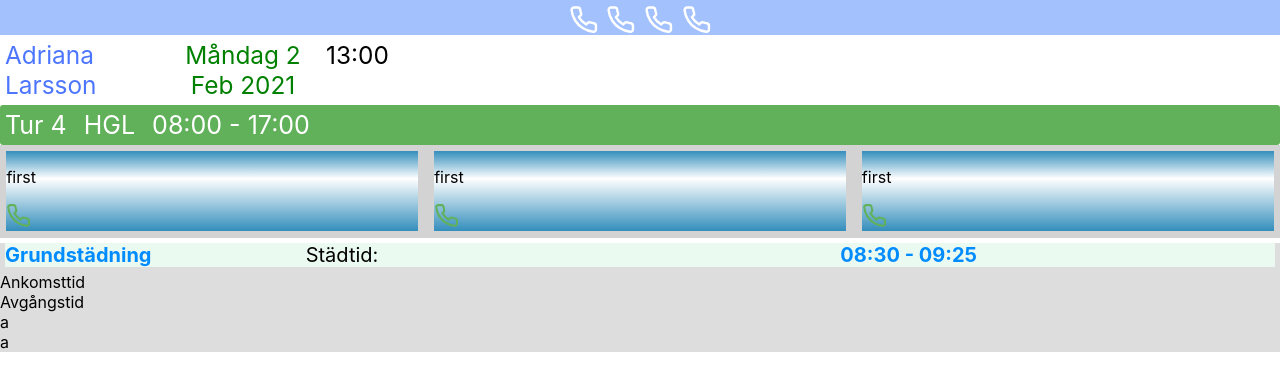
Repository: AdrianaLarsson/learning-react-adriana
Page: /
An editor plug-in stored every save of this project. The page is shown before and after a run of saves, followed by the edit.
The browser window is 1280 px wide. The pictures show the whole page.
The project was rebuilt for these pictures with package versions that can differ from the ones it lists, and the page was loaded fresh each time. Also part of the build but not shown: src/components/pixiLearn/pixi-learning.js, src/components/pixiLearn/reactTimline/timelinegant.js.

Above is the page before, as saved 2021-02-18 09:55:33.

### src/App.js
import './App.css';
import PixiLearning from './components/pixiLearn/pixi-learning'
import TimeLineGant from './components/pixiLearn/reactTimline/timelinegant'
import SjWaypoint from './components/pixiLearn/waypoint-mobile/sjwaypiont'

function App() {
  return (
    <div className="App">
      <header className="App-header">
       {/*  <TimeLineGant/> */}

           {/*   <PixiLearning/> */}
           <SjWaypoint/>
      </header>
    </div>
  );
}

export default App;

### src/App.css


.navbar {
  background-color: #a2c1fd;
  height: 30px;
  padding-top: 5px;
  display: flex;
  flex-direction: column;
  align-items: center;
  font-size: calc(15px + 2vmin);
  color: white;
}
.box{
  background-color: #ffffff;
  height: 30px;
  padding-top: 5px;
  display: flex;
  flex-direction: column;
  align-items: center;
  font-size: calc(10px + 2vmin);
  color: rgb(0, 0, 0);
  display: inline;
  flex-direction: row;
}
.name{
  margin: 5px;
  text-align: start;
  display: inline-flex;
  color: rgb(77, 118, 255);
  width: 150px;
}
.date{
  padding: 3px;
  text-align: center;
  display: inline-flex;
  color: green;
  width: 160px;
}
.time{
  text-align: end;
  display: inline-flex;
  color: black;
  width: 85px;
}
.nameonteam{
  display: inline;
  margin: 5px;
}

.teamname{
background-color: #61b15a;
color: white;
font-size: 25px;
border-radius: 3px;
}
.workposition{
  display: inline-flex;
  text-align: center;
  margin: 5px;

}
.timeteam{
  display: inline;
  margin: 5px;
  text-align: end;
}

.phone{
color: #61b15a;
  font-size: 25px;
}

.traininfo{
  background-color: rgb(221, 221, 221);
}
.activity{
  display: flex;
  border-width: 10ch;
  border-color: #61b15a;
  font-size: 20px;
  margin: 5px;
  color: rgb(0, 140, 255);
  background-color: rgb(235, 250, 240);

}

.activityname{
  text-align: start;
  font-weight: bold;
}
.cleantime{
  display: inline-block;
  width: 30%;
  text-align: center;
  color: black;
}
.cleantimestartend{
  display: inline-block;
  width: 35%;
  text-align: end;
  color: rgb(0, 140, 255);
  font-weight: bold;
}
.arrivaltime{
  display: inline-block;
  width: 48%;
  margin-left: 5px;
  text-align: start;
  color: rgb(38, 98, 148);
  font-weight: bold;
  font-size: 18px;

}
.departuretime{
  display: inline-block;
  width: 48%;
  text-align: end;
  color: rgb(38, 98, 148);
  font-weight: bold;
  font-size: 18px;

}

/* .App {
  text-align: center;
}

.App-logo {
  height: 40vmin;
  pointer-events: none;
}

@media (prefers-reduced-motion: no-preference) {
  .App-logo {
    animation: App-logo-spin infinite 20s linear;
  }
}

.App-header {
  background-color: #282c34;
  min-height: 100vh;
  display: flex;
  flex-direction: column;
  align-items: center;
  justify-content: center;
  font-size: calc(10px + 2vmin);
  color: white;
}

.App-link {
  color: #61dafb;
}

@keyframes App-logo-spin {
  from {
    transform: rotate(0deg);
  }
  to {
    transform: rotate(360deg);
  }
}
 */

### src/components/pixiLearn/waypoint-mobile/sjwaypiont.js
import React from 'react'
import Navbaren from './navbaren'
import BoxNameDayTime from './box-name-day-time'
import TeamName from './teamname'
import Perosnal from './perosnal'
import Traininfo from './trainsinfo'

function sjwaypiont() {
    return (
        <div>
          <Navbaren/>
            <BoxNameDayTime/>
            <TeamName/>
            <Perosnal/>
            <Traininfo/>
        </div>
    )
}

export default sjwaypiont

### src/components/pixiLearn/waypoint-mobile/navbaren.js
import React from 'react'
import { FiPhone } from "react-icons/fi";


function navbaren() {
    return (
      <div className="navbar">
          <div className="navbar-container container">
           <FiPhone /> <FiPhone /> <FiPhone /> <FiPhone />
          </div>

      </div>
    )
}

export default navbaren

### src/components/pixiLearn/waypoint-mobile/box-name-day-time.js
import React from 'react'
import Container from "react-bootstrap/Container";
import Row from "react-bootstrap/Row";
import Col from "react-bootstrap/Col"

function boxNameDayTime() {
    return (
<Container className="box">
  <Row>
    <Col className="name">Adriana Larsson </Col>
    <Col className="date"> Måndag 2 Feb 2021</Col>
    <Col className="time"> 13:00 </Col>
  </Row>
</Container>

    )
}

export default boxNameDayTime;

### src/components/pixiLearn/waypoint-mobile/teamname.js
import React from 'react'
import styled from 'styled-components';
import Container from "react-bootstrap/Container";
import Row from "react-bootstrap/Row";
import Col from "react-bootstrap/Col"


function teamName() {

const Box = styled.div`
background: #61b15a;
borderRadius: 20px;
height: 55px;
width:500px;
color: white;
font-size: 20px;
display: inline-flex;
text-align: center;
margin-right: 100px;
`
    return (
        <Container className="teamname">
        <Row>
          <Col className="nameonteam">Tur 4 </Col>
          <Col className="workposition"> HGL</Col>
          <Col className="timeteam"> 08:00 - 17:00 </Col>
        </Row>
      </Container>
    )
}

export default teamName

### src/components/pixiLearn/waypoint-mobile/perosnal.js
import React from 'react'
import styled from 'styled-components';
import { FiPhone } from "react-icons/fi";


function perosnal() {
    const EqualDivider = styled.div`
  display: flex;
  padding: 0.4rem;
  height: 80px;
  background: lightgrey;
  ${props => props.vertical && "flex-direction: column;"}

  > * {
    flex: 1;
     font-style:bold;
    &:not(:first-child) {
      ${props => props.vertical ? "margin-top" : "margin-left"}: 1rem;
    }
  }
`;

const Child = styled.div`

background: linear-gradient(#338EBC 0%, #ffffff 34.48%, #338EBC 100%);
`;

    return (
        <div>
        <EqualDivider>
          <Child><p>first</p>
          <FiPhone className="phone" />
          </Child>
          <Child><p>first</p>
          <FiPhone className="phone" />
          </Child>
          <Child><p>first</p>
          <FiPhone className="phone" />
          </Child>
        </EqualDivider>

        </div>
    )
}

export default perosnal;

### src/components/pixiLearn/waypoint-mobile/trainsinfo.js
import React from 'react'
import Container from "react-bootstrap/Container";
import Row from "react-bootstrap/Row";
import Col from "react-bootstrap/Col"



function trainsinfo() {
    return (

<Container className="traininfo">
  <Row className="activity">
    <Col className="activityname">Grundstädning </Col>
    <Col className="cleantime"> Städtid:</Col>
    <Col className="cleantimestartend"> 08:30 - 09:25</Col>
  </Row>
  <Row className="traininfodeparr">
      <Col className="arrivaltimetitle">Ankomsttid </Col>
      <Col className="departuretimetitle">Avgångstid </Col>
      <Col className="">a </Col>
      <Col className="">a </Col>
  </Row>
</Container>

    )
}

export default trainsinfo

Loaded but not shown: public/index.html (common file); src/index.js (common file); src/index.css (common file); src/reportWebVitals.js (common file)

After the next 3 saves:
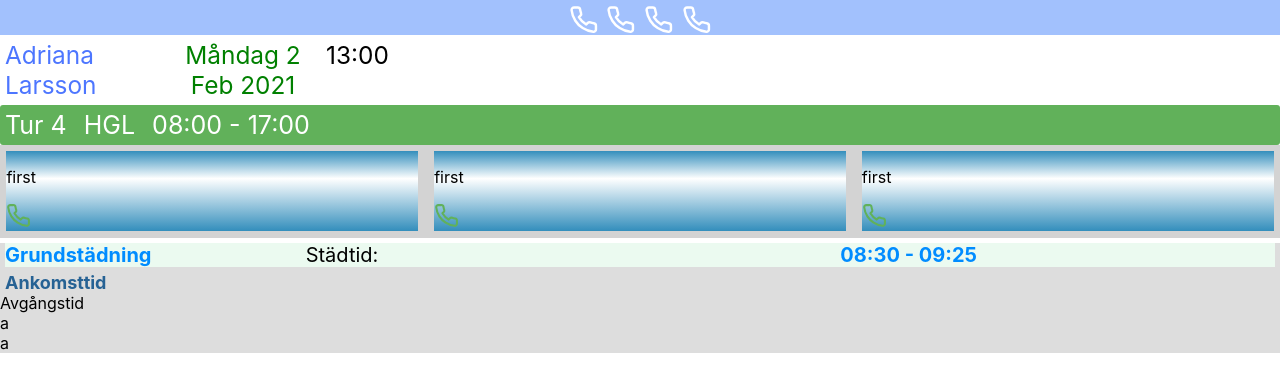
The 3 saves are shown as one change because they came seconds apart.
The last was saved 16 s later.
--- a/src/App.css
+++ b/src/App.css
@@ -101,7 +101,7 @@ color: #61b15a;
   color: rgb(0, 140, 255);
   font-weight: bold;
 }
-.arrivaltime{
+.arrivaltimetitle{
   display: inline-block;
   width: 48%;
   margin-left: 5px;
